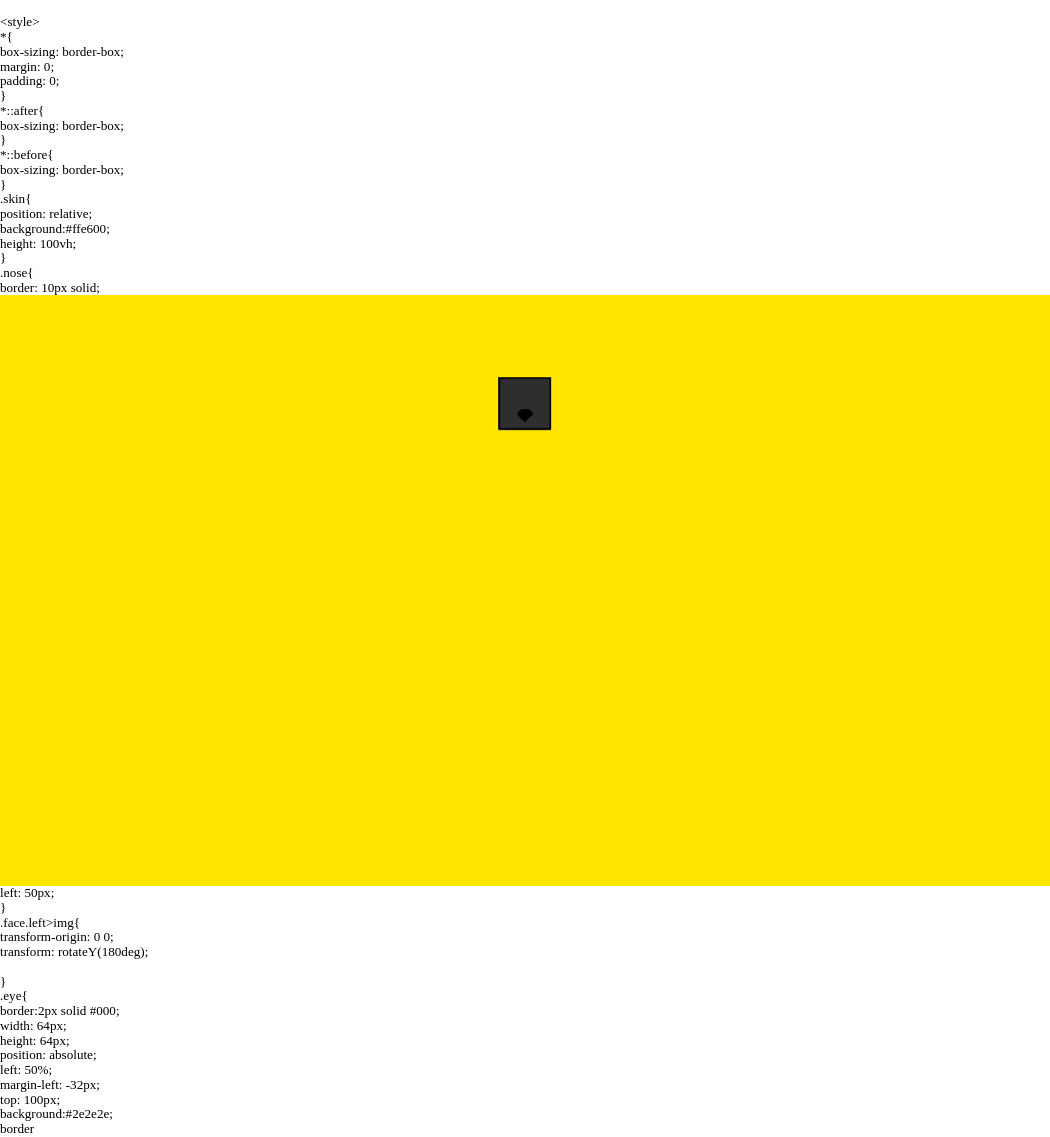
Repository: chenguocan/Pokemon
Page: src/test.html
An editor plug-in stored every save of this project. The page is shown before and after the next save, followed by the edit.
The browser window is 1280 px wide. The pictures show the whole page, at 82% of full size.
An inner scrolling area shows only its first screen.

Above is the page before, as saved 2020-08-16 18:05:10.

After the next save:
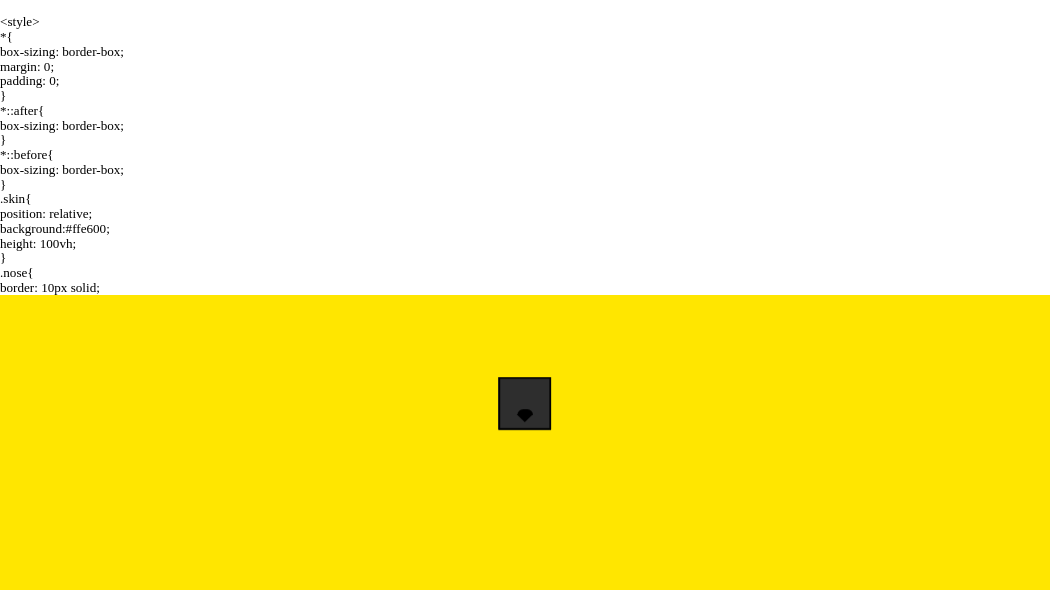
Saved 42 s later.
--- a/src/test.html
+++ b/src/test.html
@@ -8,6 +8,15 @@
     <style>
         #demo2 {
             display: none;
+        }
+
+        #demo {
+            position: fixed;
+            height: 50vh;
+            top: 0;
+            left: 0;
+            width: 100%;
+            overflow: scroll;
         }
 
         #html {
